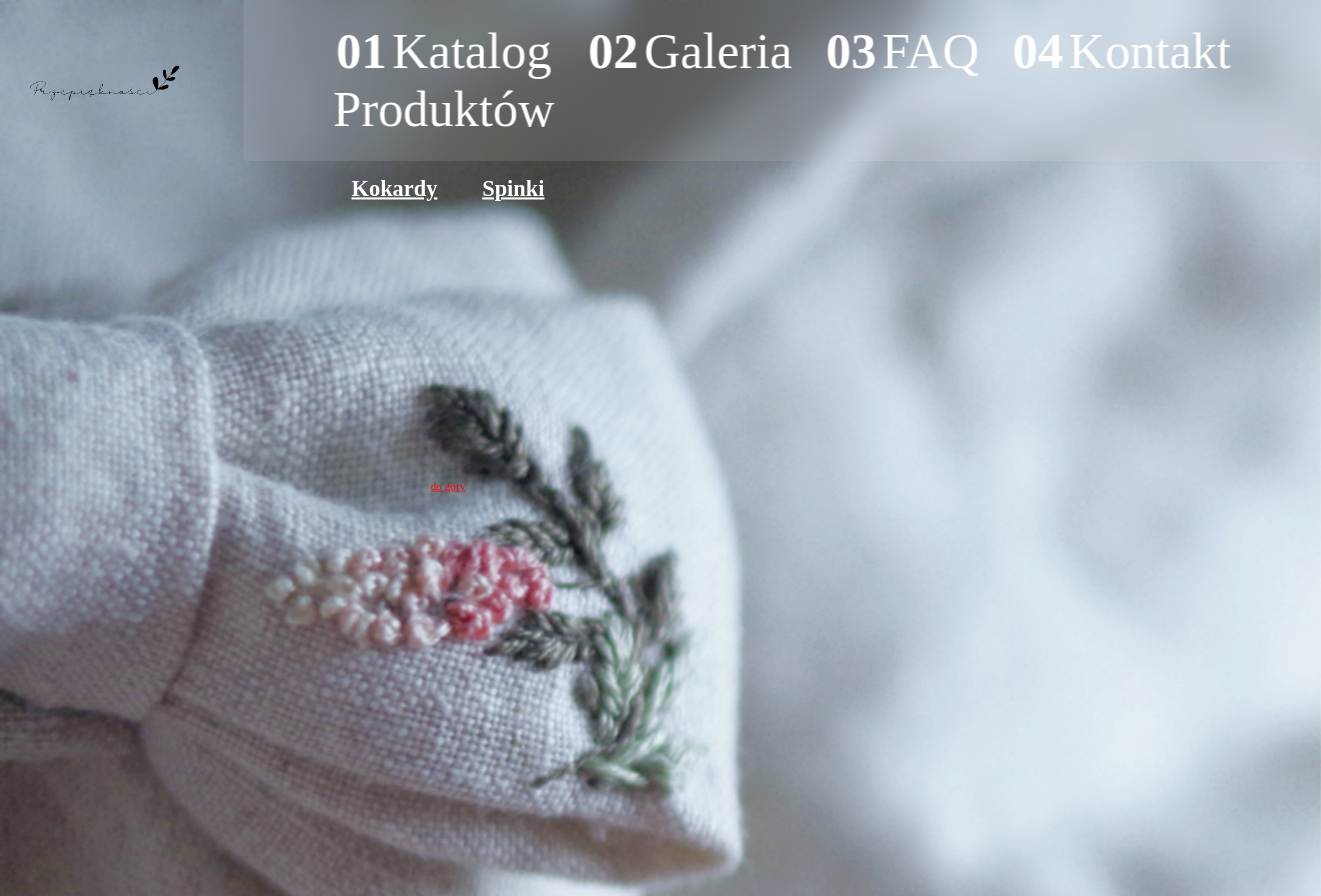
Repository: kowalkos/Rak_projekt
Page: /produkty
The author's editor kept a copy of each file at every save. The page is drawn from the files as they stood at one save, then again after the next save.
The browser window is 1280 px wide. The page is 1887 px wide, then 1280 px, so the pictures cover 1887 px, including what lies to the right of the window. The pictures show the part of the page from y = 0 to 1280 px (the page is 2676 px tall before and 2576 px after), at 70% of full size.
Backgrounds fixed to the window are drawn as part of the page. The project was rebuilt for these pictures with package versions that can differ from the ones it lists, and the page was loaded fresh each time. Also part of the build but not shown: src/components/galeria/Galeria.js, src/components/main/Main.js, src/components/FAQ/Faq.js, src/components/about/About.js.

Above is the page before, as saved 2022-01-04 19:57:12.

### src/index.css
body {
  margin: 0;
  background-image: url('/src/img/tlo.jpg');
  background-attachment: fixed;
  background-repeat: no-repeat;
  overflow-x: hidden;
  color: #fff;

  min-width: 325px;
}

### src/App.js
import Produkt from './components/produkty/produkt';
import Galeria from './components/galeria/Galeria';
import Main from './components/main/Main';
import Faq from './components/FAQ/Faq';
import About from './components/about/About';
import Footer from './components/footer/footer';
import './App.css';
import NavBar from './components/navbar/NavBar';
import {BrowserRouter as Router, Route, Routes} from 'react-router-dom';
function App() {

  return (
    <Router>
    <div className="App">
     <NavBar/>
     <Routes>
     <Route path="/" element={<Main/>}/>
     <Route path="/Faq"element={<Faq/>}/>
     <Route path="/produkty" element={<Produkt/>}/>
     <Route path="/galeria"element={<Galeria/>}/>
     <Route path="/about"element={<About/>}/>
     </Routes>
     <Footer/>
    </div>
    </Router>
  );
}

export default App;

### src/components/produkty/produkt.js
import './Produkt.css';
function Produkt(props) {


    return <div>
        <div className='references'>
        <a href='#kokardy'>
            <h1 >Kokardy</h1>
        </a>
        <a href='#spinki'>
            <h1 >Spinki</h1>
        </a>
        </div>
        <div style={{height:"1000px"}}></div>
        <section id='kokardy'>
            <h2>Kokardy</h2>
            <p>
            Lorem ipsum dolor sit amet, consectetur adipiscing elit. Curabitur malesuada dolor commodo erat euismod, vitae imperdiet sapien sollicitudin. Aliquam pellentesque scelerisque mi, non semper leo euismod non. Sed molestie augue at mi ullamcorper, vel scelerisque massa ullamcorper. Curabitur viverra aliquam dui in aliquam. Pellentesque habitant morbi tristique senectus et netus et malesuada fames ac turpis egestas. Nulla faucibus neque nec quam consequat, et sodales purus pellentesque. Praesent nulla quam, viverra in felis eget, ullamcorper porttitor ipsum. Maecenas id orci in lectus dapibus semper id sed ex. In vitae convallis odio, vitae commodo massa. Phasellus consequat sem justo, eget molestie neque efficitur consequat. Quisque laoreet id orci nec feugiat. Maecenas molestie purus vitae orci viverra maximus. Nulla id dapibus enim, sed tristique ligula. Curabitur ac consectetur augue.
            </p>
        </section>
        <div style={{height:"1000px"}}></div>
        <section id='spinki'>
            <h2>Spinki</h2>
            <p>
            Lorem ipsum dolor sit amet, consectetur adipiscing elit. Curabitur malesuada dolor commodo erat euismod, vitae imperdiet sapien sollicitudin. Aliquam pellentesque scelerisque mi, non semper leo euismod non. Sed molestie augue at mi ullamcorper, vel scelerisque massa ullamcorper. Curabitur viverra aliquam dui in aliquam. Pellentesque habitant morbi tristique senectus et netus et malesuada fames ac turpis egestas. Nulla faucibus neque nec quam consequat, et sodales purus pellentesque. Praesent nulla quam, viverra in felis eget, ullamcorper porttitor ipsum. Maecenas id orci in lectus dapibus semper id sed ex. In vitae convallis odio, vitae commodo massa. Phasellus consequat sem justo, eget molestie neque efficitur consequat. Quisque laoreet id orci nec feugiat. Maecenas molestie purus vitae orci viverra maximus. Nulla id dapibus enim, sed tristique ligula. Curabitur ac consectetur augue.


            </p>
        </section>
    </div>;

}

export default Produkt;

### src/components/footer/footer.js
import './footer.css';
function Footer(props)
{
    return <div className='footerWrap'>
        <div className='footer'>
            <a href='#top'>do góry</a>
            </div>

    </div>;
}
export default Footer;

### src/App.css
.App {
  text-align: center;
  /* background-image: url('/src/img/kosmos.jpg'); */

}

### src/components/navbar/NavBar.js

import { Link } from 'react-router-dom';
import logo from '../../img/logoso.png';
import './NavBar.css';
function NavBar(props) {


    function toggle() {
        const primaryNav = document.querySelector('.primary-navigation');
        const navToggle = document.querySelector('.mobile-nav-toggle');
        console.log(primaryNav);
        console.log(navToggle);

        const visibility = primaryNav.getAttribute('data-visible');
        if (visibility === "false") {
            primaryNav.setAttribute('data-visible', true);
            navToggle.setAttribute('aria-expanded', true);
        }
        else if (visibility === "true") {
            primaryNav.setAttribute('data-visible', false);
            navToggle.setAttribute('aria-expanded', false);
        }
        console.log(visibility);
    }
    return <header className='primary-header flex'>

        <div className='logo'>
            <section id='top'>
        <Link to='/' >
            <img className='logo' src={logo} alt='Logo'></img>
            </Link>
            </section>
        </div>

        <button className='mobile-nav-toggle'
            aria-controls='primary-navigation'
            onClick={toggle} >
            <span className='sr-only'></span>
        </button>
        <nav >
            <ul id='primary-navigation' aria-expanded="false" data-visible="false" className='primary-navigation flex'>
                {/* <li>
                    <Link to='/' >
                        <span aria-hidden="true">00</span>
                        Strona główna
                    </Link>
                </li> */}
                <li>
                    <Link to='/produkty' >
                        <span aria-hidden="true">01</span>
                        Katalog Produktów
                    </Link>
                </li>
                <li>
                    <Link to='/galeria' >
                        <span aria-hidden="true">02</span>
                        Galeria
                    </Link>
                </li>
                <li>
                    <Link to='/Faq' >
                        <span aria-hidden="true">03</span>
                        FAQ
                    </Link>
                </li>
                <li>
                    <Link to='/about' >
                        <span aria-hidden="true">04</span>
                        Kontakt
                    </Link>
                </li>
            </ul>
        </nav>

    </header>;

    // return <div className='main-nav-bar' >
    //     <div className='nav-bar__roll-down' onhover={onHoverHandle} >
    //         Katalog Produktów
    //         <div id='nav-bar__inside'>
    //             Kokardy
    //         </div>
    //         <div id='nav-bar__inside'>
    //             Kokardy
    //         </div>
    //         <div id='nav-bar__inside'>
    //             Kokardy
    //         </div>
    //         <div id='nav-bar__inside'>
    //             Kokardy
    //         </div>height:"20px";width
    //     </div >
    //     <div className='nav-bar'>
    //         O mnie
    //     </div>
    //     <div className='nav-bar'>
    //         FAQ
    //     </div>
    //     <div className='nav-bar'>
    //         Kontakt
    //     </div>

    // </div>;
}

export default NavBar;

### src/components/produkty/Produkt.css
.references
{
    text-align: center;
}
.references a {
    color: white;
    display: inline-block;
    padding: 0rem 1rem;
    margin:0 1rem;
}
h2{
    margin: 1rem auto;
    width: max(80%,300px);
}
p
{

    margin: 1rem auto;
    width: max(80%,300px);
   padding: 0 1rem;
}

### src/components/footer/footer.css
.footer
{

    width: 80%;
    margin: 0 auto;

}
.footer a{
    color: red;
}
.footerWrap
{
    bottom: 1rem;
    position: fixed;
    display: flex;
    width: 100%;
    justify-content: center;
}

### src/components/navbar/NavBar.css
.flex {
    display: flex;
    gap: var(--gap, 3rem);
}

.primary-header {
    align-items: center;
    justify-content: space-between;

}
.logo{
    -webkit-transform: scale(0.90);
}
.mobile-nav-toggle {
    display: none;
}

.primary-navigation {
    list-style: none;
    padding: 0;
    margin: 0;
    background: hsl(0 0% 0% /0.75);
    font-size: 10vh;


}

.primary-navigation a {
    text-decoration: none;
    color: white;
}

.primary-navigation a>[aria-hidden="true"] {
    font-weight: 700;
    margin-inline-end: .5rem;
}

@supports(backdrop-filter: blur(1rem)) {
    .primary-navigation {
        background: hsl(0 0% 100% /0.1);
        backdrop-filter: blur(1rem);
    }
}

@media (max-width:35em) {
    .primary-navigation {
        position: fixed;
        inset: 0 0 0 50%;
        --gap: 2rem;
        z-index: 1000;
        flex-direction: column;
        padding: min(30vh, 10rem) 2rem;

        transform: translateX(100%);
        transition: transform 350ms ease-out;
    }
    .logo
    {
        margin: auto;
    }

    .primary-navigation[data-visible="true"] {
        transform: translateX(0%);
    }

    .mobile-nav-toggle {
        display: block;
        position: fixed;
        width: 2.25rem;
        aspect-ratio: 1;
        top: 2rem;
        right: 2rem;
        z-index: 9999;
        background-color: transparent;
        background-image: url(/src/img/Hamburger_icon.svg);
        background-repeat: no-repeat;
        border: 0px;
    }

    .mobile-nav-toggle[aria-expanded="true"] {
        background-image: url(/src/img/x-symbol.svg);
        background-size: 32px;
    }

    .sr-only {
        display: none;
    }
}

@media (min-width:35em) and (max-width:55em) {
    .primary-navigation a>span[aria-hidden="true"] {
        display: none;
    }
}
@media (min-width:35em)
{
    .wrapper {
        text-align: center;
    }

    .wrapper ul {
        display: inline-table;
        margin: 0;
    }

    .wrapper ul li {
        display: inline;
        padding-left: 1.2rem;
    }
.primary-navigation{
    --gap:3rem;
    padding-block: 2rem;
    padding-inline:clamp(3rem,10vw,10rem);
}
}

Loaded but not shown: public/index.html (common file); src/index.js (common file)

After the next save:
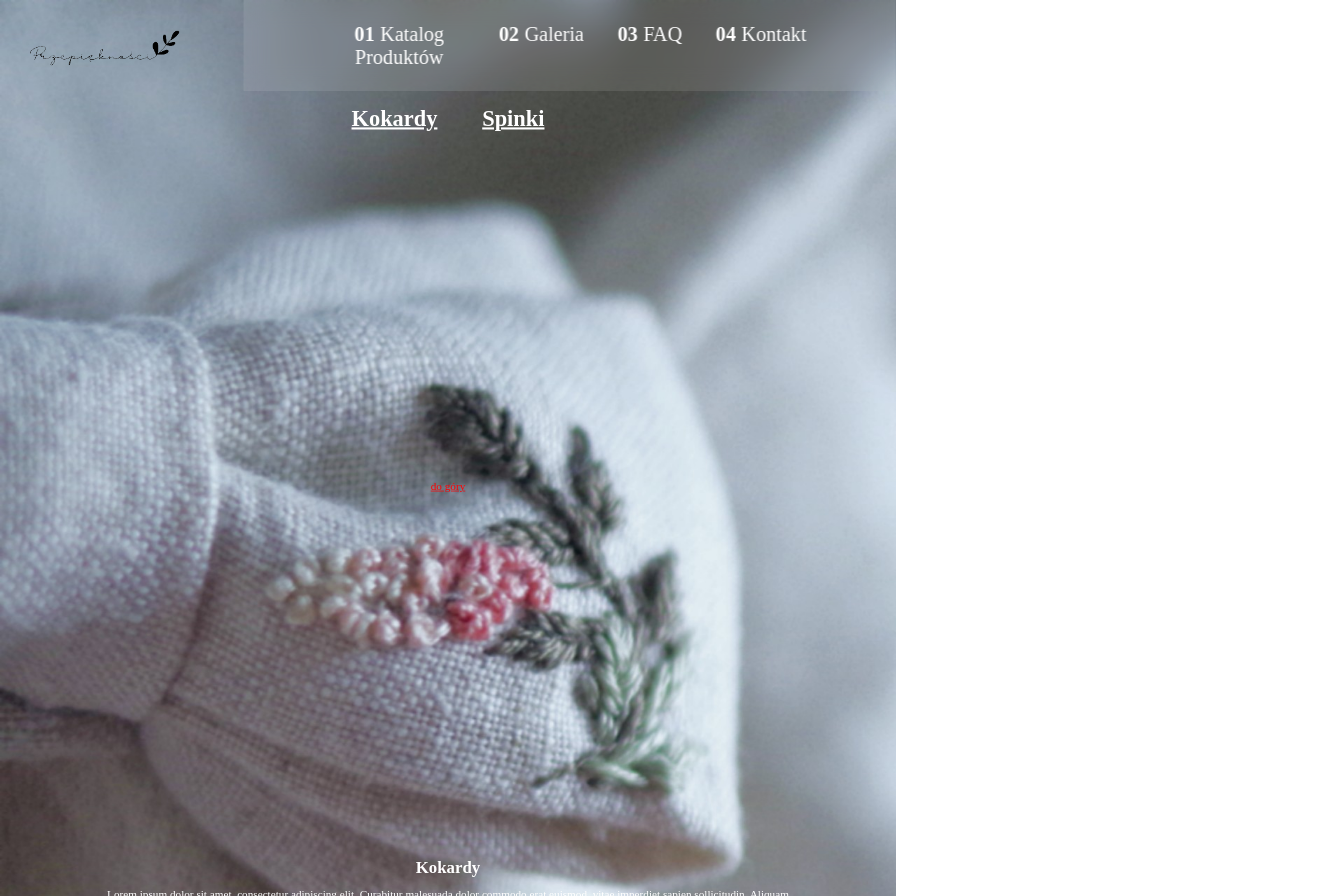
Saved 5 s later.
--- a/src/components/navbar/NavBar.css
+++ b/src/components/navbar/NavBar.css
@@ -20,7 +20,7 @@
     padding: 0;
     margin: 0;
     background: hsl(0 0% 0% /0.75);
-    font-size: 10vh;
+    font-size: 4vh;
 
 
 }
